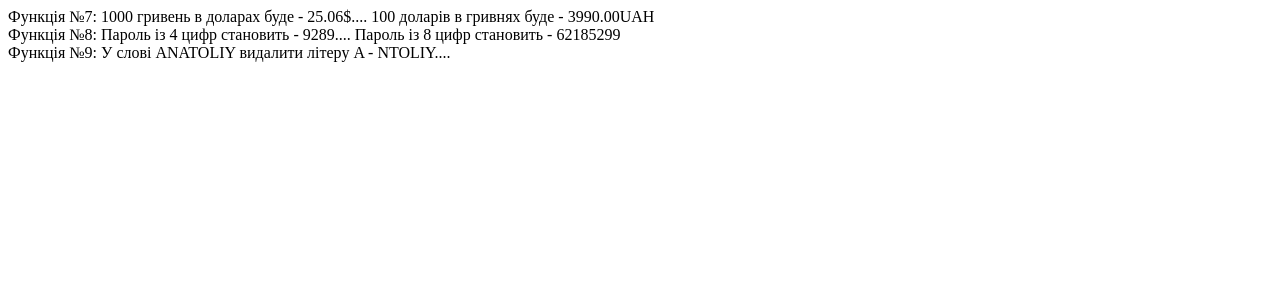
Repository: batonAnton/cursor_js_hw_3
Page: index.html
An editor plug-in stored every save of this project. The page is shown before and after the next save, followed by the edit.
The browser window is 1280 px wide. The pictures show the whole page.

Above is the page before, as saved 2022-08-31 14:10:48.

### index.html
<!DOCTYPE html>
<html lang="en">
<head>
    <meta charset="UTF-8">
    <meta http-equiv="X-UA-Compatible" content="IE=edge">
    <meta name="viewport" content="width=device-width, initial-scale=1.0">
    <title>Hw_3  function</title>
</head>
<body>
    <script src="./js/index.js"></script>
</body>
</html>

### js/index.js
// first task
function getMaxDigit(argNew = 123459 ){
    let varNew  = argNew.toString().split('');
    let bigNum = varNew[0];
    for (let i = 0; i < varNew.length; i++) {
        if(varNew[i] > bigNum ) bigNum = varNew [i];

    } return bigNum;
}
console.log(getMaxDigit());


// second task
function exponentDigit(a,b){
    let first = a;
    let second = b;
    let res = 1;
    for(let i = 0; i < b; i++ ){
        res *= a;
    }return res;
}

console.log(exponentDigit(2,2));

// 3 task

function nameChange(name) {
    return  name.charAt(0).toUpperCase() +  name.slice(1).toLowerCase();
  }


console.log(nameChange("toLik"));

// 4 task

// function calcPercentage( percentageSalary = 19.5){
//     let firstNum = prompt("Сума зарплати ");
//     return firstNum - ((percentageSalary * 1000) * 0.100 / 10);


// }
// console.log(calcPercentage());

// 5 task
function randomRange(minValue,maxValue){

    return Math.ceil(Math.random() * (maxValue - minValue)) + minValue;
}

console.log(randomRange(1,5));

// 6 task

function repeatLetter( str )
{

  for( let i = 0 ;i < str.length ;i++)
  {
    let count = 0;
    for( let j = 0 ;j < str.length ;j++)
    {
      if( str[i] == str[j] && i > j  )
      {
       break;
      }
      if( str[i] == str[j]  )
      {
        count++;
      }
    }
    if( count > 0)
    console.log(`${str[i].toUpperCase()} повторюється  ${count} рази`);
  }

}


let test_str = "укулеле";
console.log("У слові " + " " + test_str + " " + "слова повторюються :");
repeatLetter( test_str);

// 7 task

function convertCurrency (typeValue){
    let dollars = 39.9;
    let res;
        if (typeValue.includes("UAH")) {
            res =   (+typeValue.slice(0, typeValue.indexOf("UAH")) / dollars).toFixed(2) + "$";

          } else if (typeValue.includes("$")) {
            res = (+typeValue.slice(0, typeValue.indexOf("$")) * dollars).toFixed(2) + "UAH";
          } else {
            alert("тільки долари і гривні");
          } return res;


}


let typeValue="1000 UAH";

document.writeln(`Функція №7: 1000 гривень в доларах буде - ${convertCurrency(typeValue)}....`);
typeValue = "100$";
document.writeln(`100 доларів в гривнях  буде - ${convertCurrency(typeValue)} `);

// 9 task
 function getRandomPassword(arg,arg2){

  let result = '';

      for(let i = 0; i < arg; i++){
        result +=(Math.random() * 10).toFixed();
      }
      return result;


        for(let i = 0; i < arg2; i++){
          result+= (Math.random() * 10).toFixed();

        }
        return result;


 }
 const arg = 4;
  const arg2 = 8;
 console.log(getRandomPassword());
 document.writeln(`<br> Функція №8: Пароль із  4 цифр становить - ${getRandomPassword(arg)}....`);
 document.writeln(`  Пароль із  8 цифр становить - ${getRandomPassword(arg2)}`);

//  task 9
//
function deleteLetters(removeLetter, exampleWord) {
  let result = '';
  for (let i = 0; i < exampleWord.length; i++) {
    exampleWord[i] == removeLetter ? result:( result += exampleWord[i]);
  }
  return result;
}

const removeLetter = "A";
const exampleWord = "ANATOLIY";
document.writeln(`<br> Функція №9: У слові ${ exampleWord} видалити літеру ${ removeLetter} - ${deleteLetters(removeLetter, exampleWord)}....`);

// task 10
function isPalindrom(checkWord){
  for(i = 1; i-1<checkWord.length-i ; i++){
    if(checkWord[i-1] !== checkWord[checkWord.length-i])
    return console.log("не паліндром");
  }
  return console.log("yes");
}

let checkWord = "окоdw";
console.log(isPalindrom(checkWord));

After the next save:
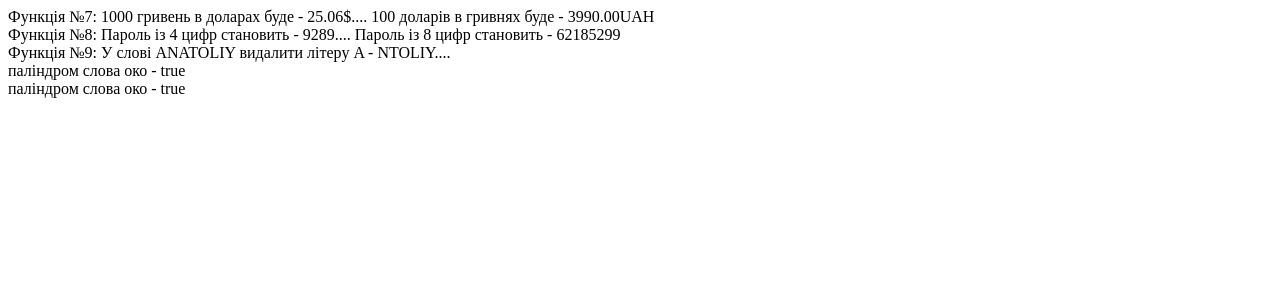
Saved 5 min 16 s later.
--- a/js/index.js
+++ b/js/index.js
@@ -144,12 +144,15 @@ document.writeln(`<br> Функція №9: У слові ${ exampleWord} вид
 
 // task 10
 function isPalindrom(checkWord){
-  for(i = 1; i-1<checkWord.length-i ; i++){
+   let result = true;
+  for(i = 1; i - 1 < checkWord.length - i ; i++){
     if(checkWord[i-1] !== checkWord[checkWord.length-i])
-    return console.log("не паліндром");
+    return false;
   }
-  return console.log("yes");
+  return result=true;
 }
 
-let checkWord = "окоdw";
+let checkWord = "око";
 console.log(isPalindrom(checkWord));
+document.writeln(`<br>  паліндром слова ${checkWord} - ${isPalindrom(checkWord)}`);
+document.writeln(`<br>  паліндром слова ${checkWord} - ${isPalindrom(checkWord)}`);
